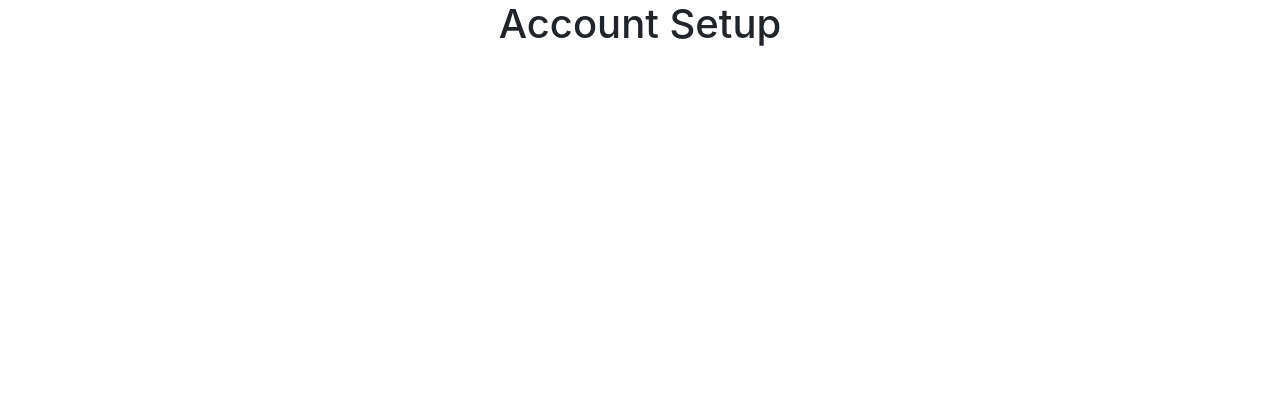
Repository: DeanLemosXD/ReactJS-3steps-form
Page: /
An editor plug-in stored every save of this project. The page is shown before and after the next save, followed by the edit.
The browser window is 1280 px wide. The pictures show the whole page.
The project was rebuilt for these pictures with package versions that can differ from the ones it lists, and the page was loaded fresh each time. Imported but missing from the stored project, and not drawn on this page: src/components/Confirm, src/components/OtherData.

Above is the page before, as saved 2021-10-26 15:53:17.

### src/App.js
import React from 'react';
import './App.css';
import Form from './components/Form.js';

function App() {
  return (
    <div className="App">
      <div className="container">
     <Form />
      </div>

    </div>
  );
}

export default App;

### src/components/Form.js
import React, { Component } from 'react'
import AccountSetup from './AccountSetup';
import OtherData from './OtherData';
import Confirm from './Confirm';

export class form extends Component {
    state = {
        step: 1,
        name: '',
        email: '',
        phone: '',
        description: '',
        workplace: '',
        DOC: '',
        linkedin: '',

    };

    nextStep = () => {
        const { step } = this.state;
        this.setState({step: step + 1});
    };

    prevStep = () => {
        const { step } = this.state;
        this.setState({step: step - 1});
    }

    inputChange = input => e => {
        this.setState({
            [input]: e.target.value
        })
    };

    render() {
        const { step } = this.state;
        const { name, email, phone, description, workplace, DOC, linkedin } = this.state;
        const values = { name, email, phone, description, workplace, DOC, linkedin };

        // eslint-disable-next-line default-case
        switch(step) {
            case 1:
                return (
                    <AccountSetup
                    nextStep={this.nextStep}
                    inputChange={this.inputChange}
                    values={values}
                    />
                );
                case 2:
                    return (
                        <OtherData
                        nextStep={this.nextStep}
                        prevStep={this.prevStep}
                        inputChange={this.inputChange}
                        values={values}
                         />
                    );
                    case 3:
                        return (
                            <Confirm
                            nextStep={this.nextStep}
                            prevStep={this.prevStep}
                            inputChange={this.inputChange}
                            values={values}
                            />
                        );
        }
    }
}

export default form

### src/components/AccountSetup.js
import React, { Component } from 'react'

export class AccountSetup extends Component {
    render() {
        return (
            <div>
                <h1>Account Setup</h1>
            </div>
        )
    }
}

export default AccountSetup

Loaded but not shown: public/index.html (common file); src/index.js (common file); src/index.css (common file); src/reportWebVitals.js (common file); src/App.css (common file)

After the next save:
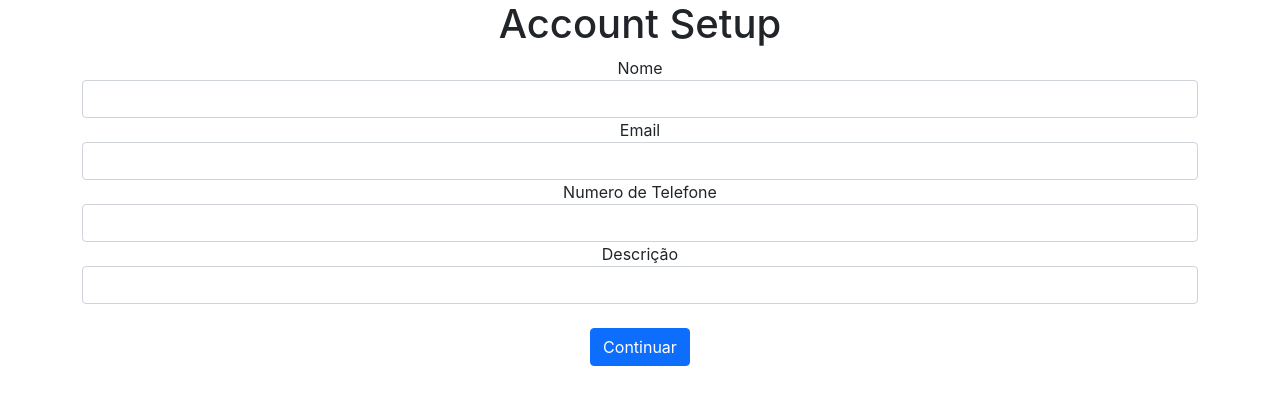
Saved 21 min 46 s later.
--- a/src/components/AccountSetup.js
+++ b/src/components/AccountSetup.js
@@ -1,10 +1,38 @@
 import React, { Component } from 'react'
 
 export class AccountSetup extends Component {
+    continue = e => {
+        e.preventDefault();
+        this.props.nextStep();
+    }
     render() {
+        const { values, inputChange } = this.props;
+
         return (
-            <div>
+            <div className="form-container">
                 <h1>Account Setup</h1>
+                <div className="form-group">
+                    <label htmlFor="name">Nome</label>
+                    <input type="text" className="form-control" name="name" onChange={inputChange('name')} value={values.name} />
+                </div>
+                <div className="form-group">
+                    <label htmlFor="email">Email</label>
+                    <input type="text" className="form-control" name="email" onChange={inputChange('email')} value={values.email} />
+                </div>
+                <div className="form-group">
+                    <label htmlFor="phone">Numero de Telefone</label>
+                    <input type="text" className="form-control" name="phone" onChange={inputChange('phone')} value={values.phone} />
+                </div>
+                <div className="form-group">
+                    <label htmlFor="description">Descrição</label>
+                    <input type="text" className="form-control" name="description" onChange={inputChange('description')} value={values.description} />
+                </div>
+
+                <br />
+
+            <div className="text-right">
+                <button className="btn btn-primary" onClick={this.continue}>Continuar</button>
+            </div>
             </div>
         )
     }
